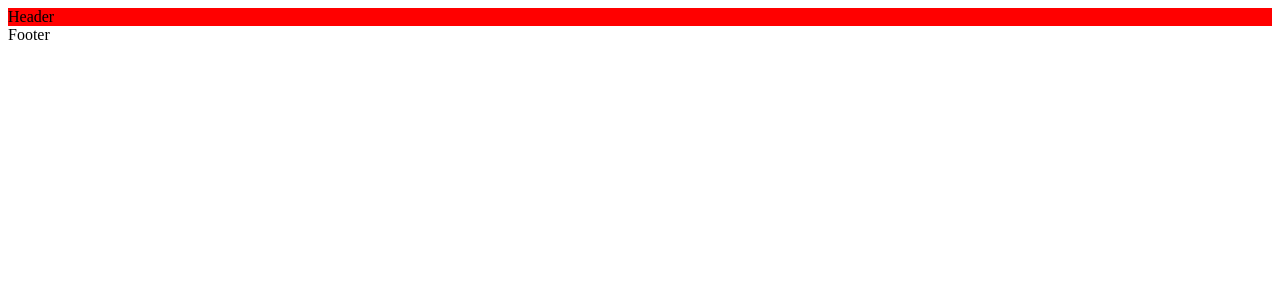
Repository: kozue-terao/samurai_HTML-CSS
Page: about.html
The author's editor kept a record of every edit. The page is drawn from the files as they stood at one moment, then again after the next edit.
The browser window is 1280 px wide. The pictures show the whole page.

Above is the page before.

After the next edit:
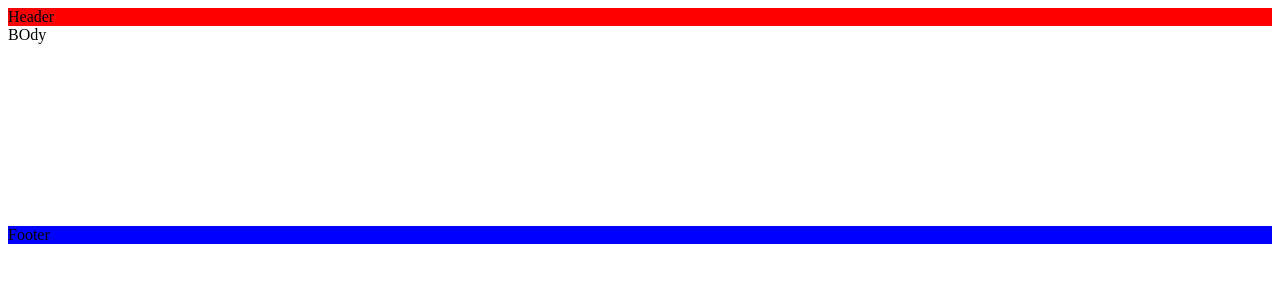
The edit:
--- a/about.html
+++ b/about.html
@@ -18,6 +18,9 @@
             Header
         </div>
         <div class="size">
+            BOdy
+        </div>
+        <div id="footer">
             Footer
         </div>
     </body>
